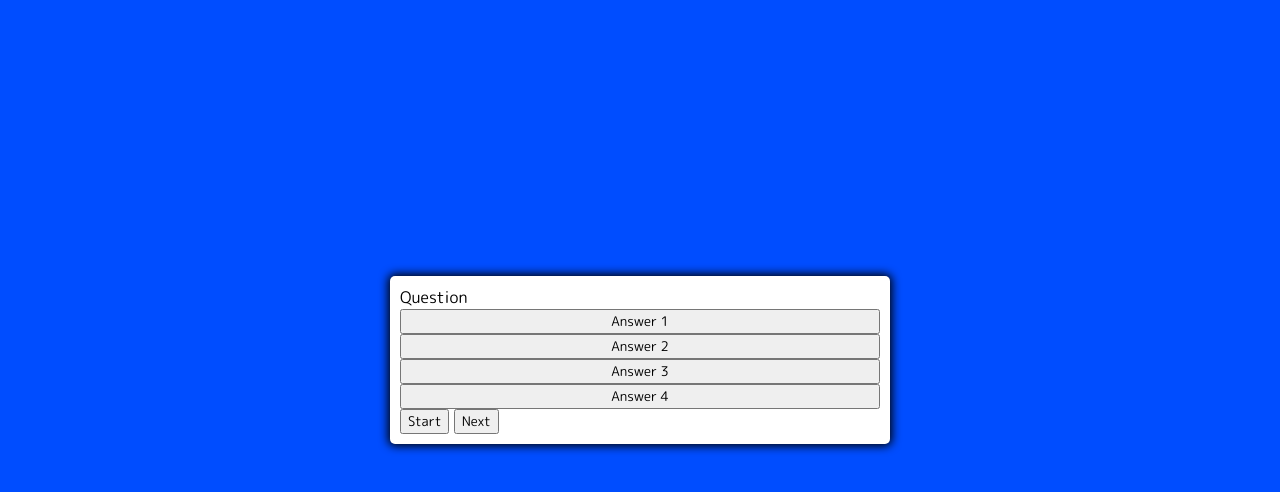
Repository: spidero7/Star-Wars_Quiz-Game
Page: index.html
These files come from the project's save history. The page is drawn as it stood at one moment and after the next save; the edit follows.
The browser window is 1280 px wide. The pictures show the whole page.

Above is the page before, as saved 2021-08-29 07:55:24.

### index.html
<!DOCTYPE html>
<html lang="en">
<head>
    <meta charset="UTF-8">
    <meta http-equiv="X-UA-Compatible" content="IE=edge">
    <meta name="viewport" content="width=device-width, initial-scale=1.0">
    <title>Quiz Game</title>
    <link rel="preconnect" href="https://fonts.googleapis.com">
    <link rel="preconnect" href="https://fonts.gstatic.com" crossorigin>
    <link href="https://fonts.googleapis.com/css2?family=M+PLUS+Rounded+1c&display=swap" rel="stylesheet">
    <link rel="stylesheet" href="style.css">
</head>
<body>

    <div class="container">
        <div id="question-container">
            <div id="question">Question</div>
            <div id="answer-buttons" class="btn-grid">
                <button class="btn">Answer 1</button>
                <button class="btn">Answer 2</button>
                <button class="btn">Answer 3</button>
                <button class="btn">Answer 4</button>
            </div>
        </div>
        <div id="control-panel">
            <button class="btn" id="start-btn">Start</button>
            <button class="btn" id="next-btn">Next</button>
        </div>
    </div>


    <script src="app.js"></script>
</body>
</html>

### style.css
*, *::after, *::before {
    box-sizing: border-box;
    font-family: 'M PLUS Rounded 1c', sans-serif;
}

:root {
    --hue-normal: 222;
    --hue-correct: 120;
    --hue-wrong: 0;
}

body {
    --hue: var(--hue-normal);
    padding: 0;
    margin: 0;
    display: flex;
    width: 100vw;
    height: 100vh;
    justify-content: center;
    align-items: center;
    background-color: hsl(var(--hue), 100%, 50%);
}

body.correct {
    --hue: var(--hue-correct);
}

body.wrong {
    --hue: var(--hue-wrong);
}

.container {
    width: 500px;
    max-width: 80%;
    background-color: white;
    border-radius: 5px;
    padding: 10px;
    box-shadow: 0 0 10px 2px;
}

.btn-grid {
    display: grid;
    grid-template-columns: ;
}

Loaded but not shown: app.js (no copy from this time; the picture is the same without it)

After the next save:
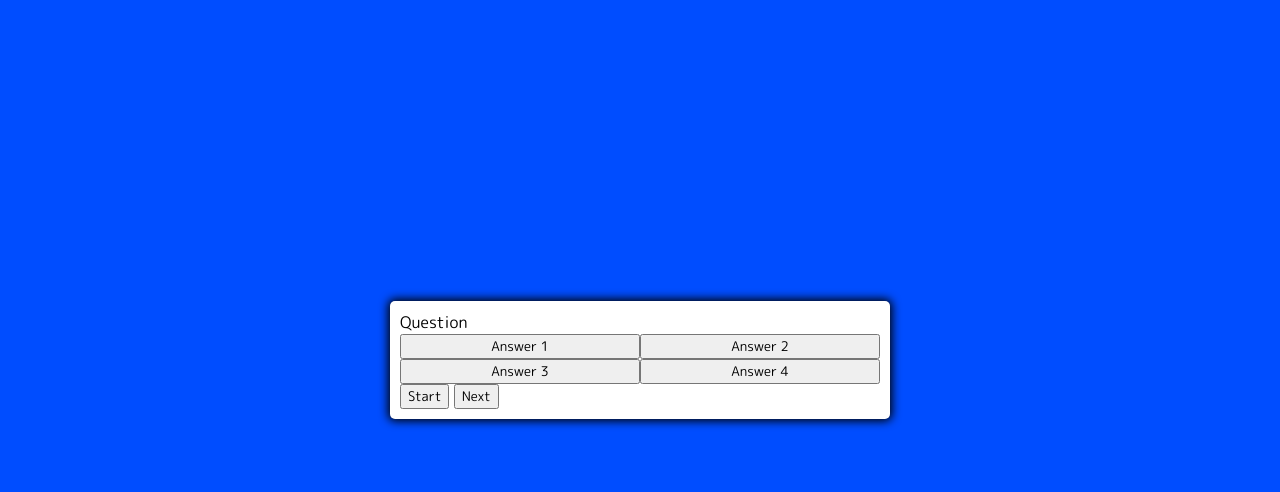
Saved 19 s later.
--- a/style.css
+++ b/style.css
@@ -40,5 +40,5 @@ body.wrong {
 
 .btn-grid {
     display: grid;
-    grid-template-columns: ;
+    grid-template-columns: repeat(2, auto);
 }
